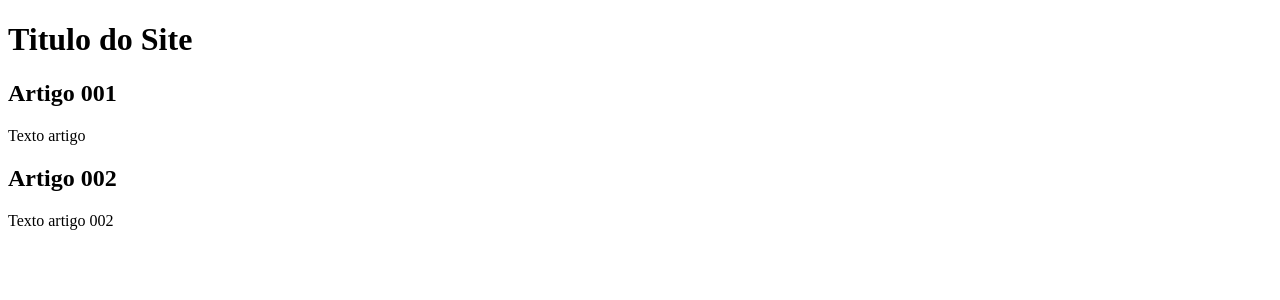
Repository: robertacristinaabreu01/projeto-siteGitHub
Page: index.html
The author's editor kept a copy of each file at every save. The page is drawn from the files as they stood at one save, then again after the next save.
The browser window is 1280 px wide. The pictures show the whole page.

Above is the page before, as saved 2021-01-23 21:47:12.

After the next save:
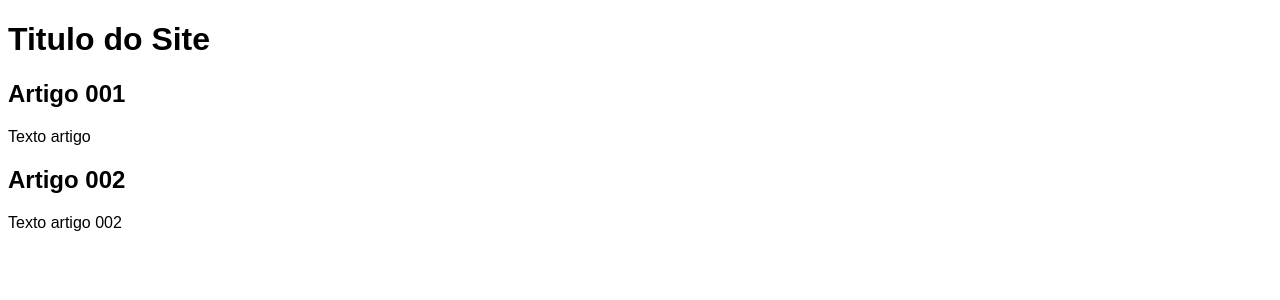
Saved 8 s later.
--- a/estilos/style.css
+++ b/estilos/style.css
@@ -1,3 +1,3 @@
 *{
-    font-family: A
+    font-family: Arial, hel
 }
